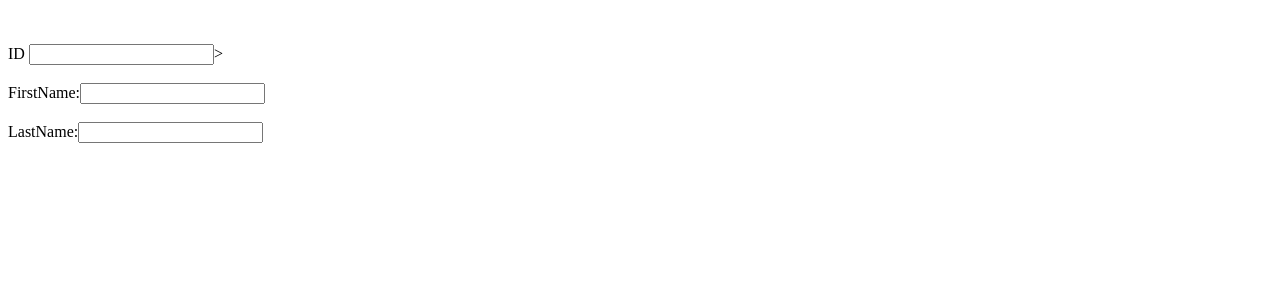
Repository: Ravikumarh6166/my-first-repo
Page: WebApps/src/main/webapp/Registration.html
An editor plug-in stored every save of this project. The page is shown before and after the next save, followed by the edit.
The browser window is 1280 px wide. The pictures show the whole page.

Above is the page before, as saved 2022-08-24 07:04:33.

### WebApps/src/main/webapp/Registration.html
<!DOCTYPE html>
<html>
<head>
<meta charset="UTF-8">
<title>Student Registration Form</title></br></br>
</head>
<body>
<form name="form1" action=>
<tr>
<td>ID</td>
<td><input type=text name="textid" id="textid"></td>></br><br>
</tr>
FirstName:<input type="text" name="fn"><br><br>
LastName:<input type="text" name="ln"><br><br>

</body>
</html>

After the next save:
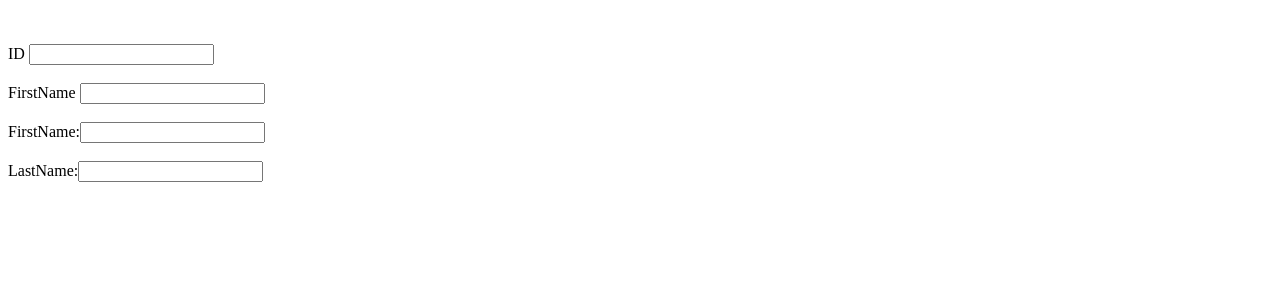
Saved 100 s later.
--- a/WebApps/src/main/webapp/Registration.html
+++ b/WebApps/src/main/webapp/Registration.html
@@ -8,8 +8,17 @@
 <form name="form1" action=>
 <tr>
 <td>ID</td>
-<td><input type=text name="textid" id="textid"></td>></br><br>
+<td><input type=text name="textid" id="textid"></td>
 </tr>
+</br><br>
+
+<tr>
+<td>FirstName</td>
+<td><input type=text name="firstname" id="fn"></td>
+</tr>
+</br><br>
+
+
 FirstName:<input type="text" name="fn"><br><br>
 LastName:<input type="text" name="ln"><br><br>
 

After the save that followed:
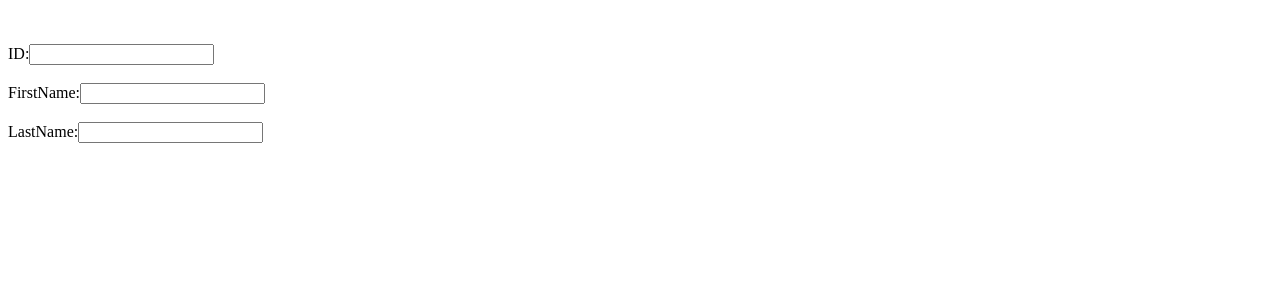
Saved 47 s later.
--- a/WebApps/src/main/webapp/Registration.html
+++ b/WebApps/src/main/webapp/Registration.html
@@ -6,19 +6,7 @@
 </head>
 <body>
 <form name="form1" action=>
-<tr>
-<td>ID</td>
-<td><input type=text name="textid" id="textid"></td>
-</tr>
-</br><br>
-
-<tr>
-<td>FirstName</td>
-<td><input type=text name="firstname" id="fn"></td>
-</tr>
-</br><br>
-
-
+ID:<input type="text" name="id"></br><br>
 FirstName:<input type="text" name="fn"><br><br>
 LastName:<input type="text" name="ln"><br><br>
 
